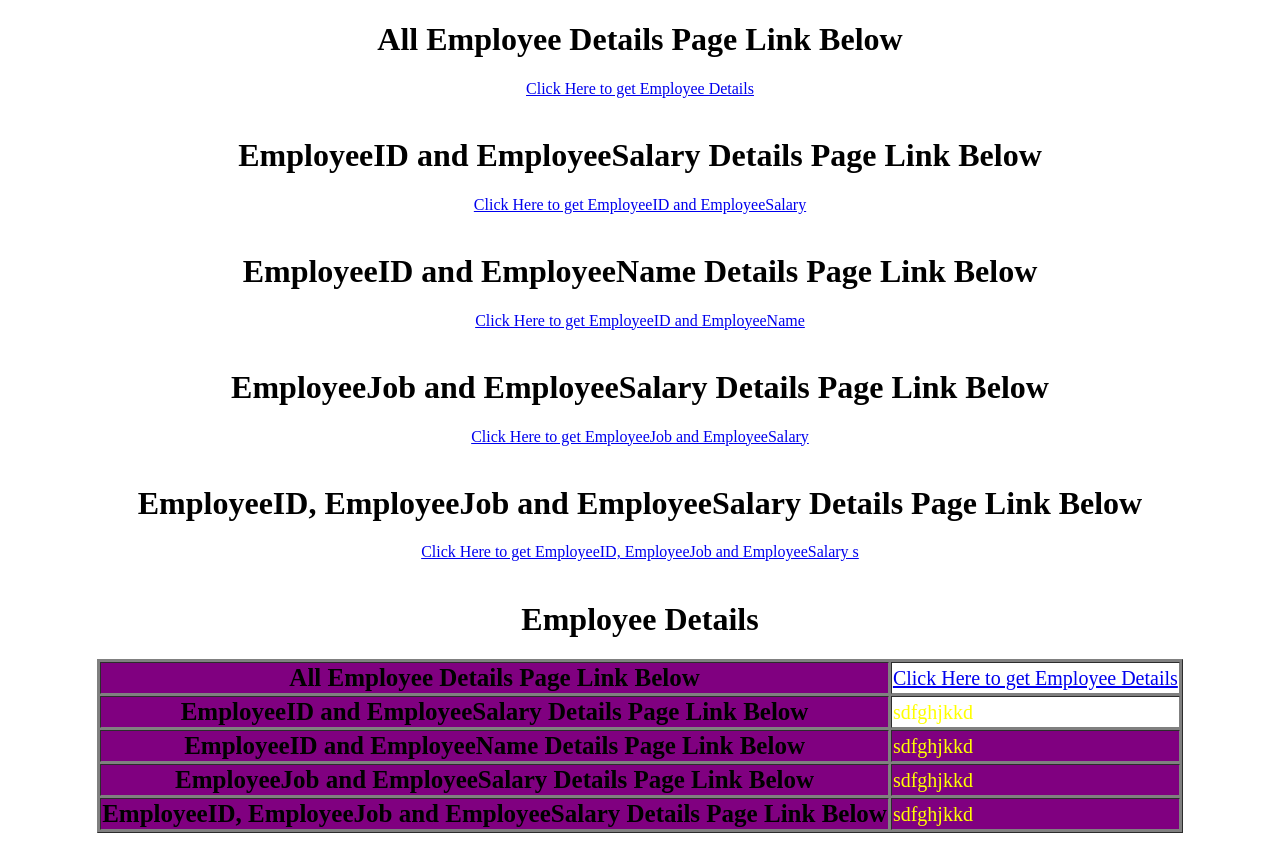
Repository: RhutujaBD/SpringMVCSession
Page: http://localhost/Spring-MVC-JDBCTemplate/WEB-INF/pages/home.jsp
The author's editor kept a copy of each file at every save. The page is drawn from the files as they stood at one save, then again after the next save.
The browser window is 1280 px wide. The pictures show the whole page.
The page is served by Tomcat 9. Nobody is signed in. Other server files are loaded and not shown. The template is opened directly, without the code that normally fills it, so the values that code supplies are empty.

Above is the page before, as saved 2023-03-29 11:02:16.

### Spring-MVC-JDBCTemplate/src/main/webapp/WEB-INF/pages/home.jsp
<%@ page language="java" contentType="text/html; charset=ISO-8859-1"
	pageEncoding="ISO-8859-1"%>
<!DOCTYPE html>
<html>
<head>
<meta charset="ISO-8859-1">
<title>Insert title here</title>
</head>
<title>Employee Details</title>
<style>
      td{
        font-size: 20px;
        color: YELLOW;
        font-family: Times New Roman;
      }

      th{
        font-size: 25px;
        color: Black;
        font-family: ALGERIAN;
      }

    </style>
</head>
<body>
	<h1 align="center">All Employee Details Page Link Below</h1>
	<div align="center"><a href="list_employees.htm">Click Here to get Employee Details</a></div>
	<br />
	<h1 align="center">EmployeeID and EmployeeSalary Details Page Link Below</h1>
	<div align="center"><a href="list_id_sal.htm">Click Here to get EmployeeID and EmployeeSalary</a></div>
	<br />
	<h1 align="center">EmployeeID and  EmployeeName Details Page Link Below</h1>
	<div align="center"><a href="list_id_name.htm">Click Here to get EmployeeID and  EmployeeName</a></div>
	<br />
	<h1 align="center">EmployeeJob and EmployeeSalary Details Page Link Below</h1>
	<div align="center"><a href="list_job_sal.htm">Click Here to get EmployeeJob and EmployeeSalary</a></div>
	<br />
	<h1 align="center">EmployeeID, EmployeeJob and EmployeeSalary Details Page Link Below</h1>
	<div align="center"><a href="list_id_job_sal.htm">Click Here to get EmployeeID, EmployeeJob and EmployeeSalary s</a></div>
	<br />

	<h1 align="center">Employee Details</h1>
	<table border="1" bgcolor="grey" align="center">

		<tr bgcolor="purple" bordercolor="black">
			<th>All Employee Details Page Link Below</th>
			<td bgcolor="white"><a href="list_employees.htm">Click Here to get Employee Details</a></td>
		</tr>
		<tr bgcolor="purple" bordercolor="black">
			<th>EmployeeID and EmployeeSalary Details Page Link Below</th>
			<td bgcolor="white">sdfghjkkd</td>
		</tr>
		<tr bgcolor="purple" bordercolor="black">
			<th>EmployeeID and  EmployeeName Details Page Link Below</th>
			<td>sdfghjkkd</td>
		</tr>
		<tr bgcolor="purple" bordercolor="black">
			<th>EmployeeJob and EmployeeSalary Details Page Link Below</th>
			<td>sdfghjkkd</td>
		</tr>
		<tr bgcolor="purple" bordercolor="black">
			<th>EmployeeID, EmployeeJob and EmployeeSalary Details Page Link Below</th>
			<td>sdfghjkkd</td>
		</tr>
	</table>

</body>
</html>

After the next save:
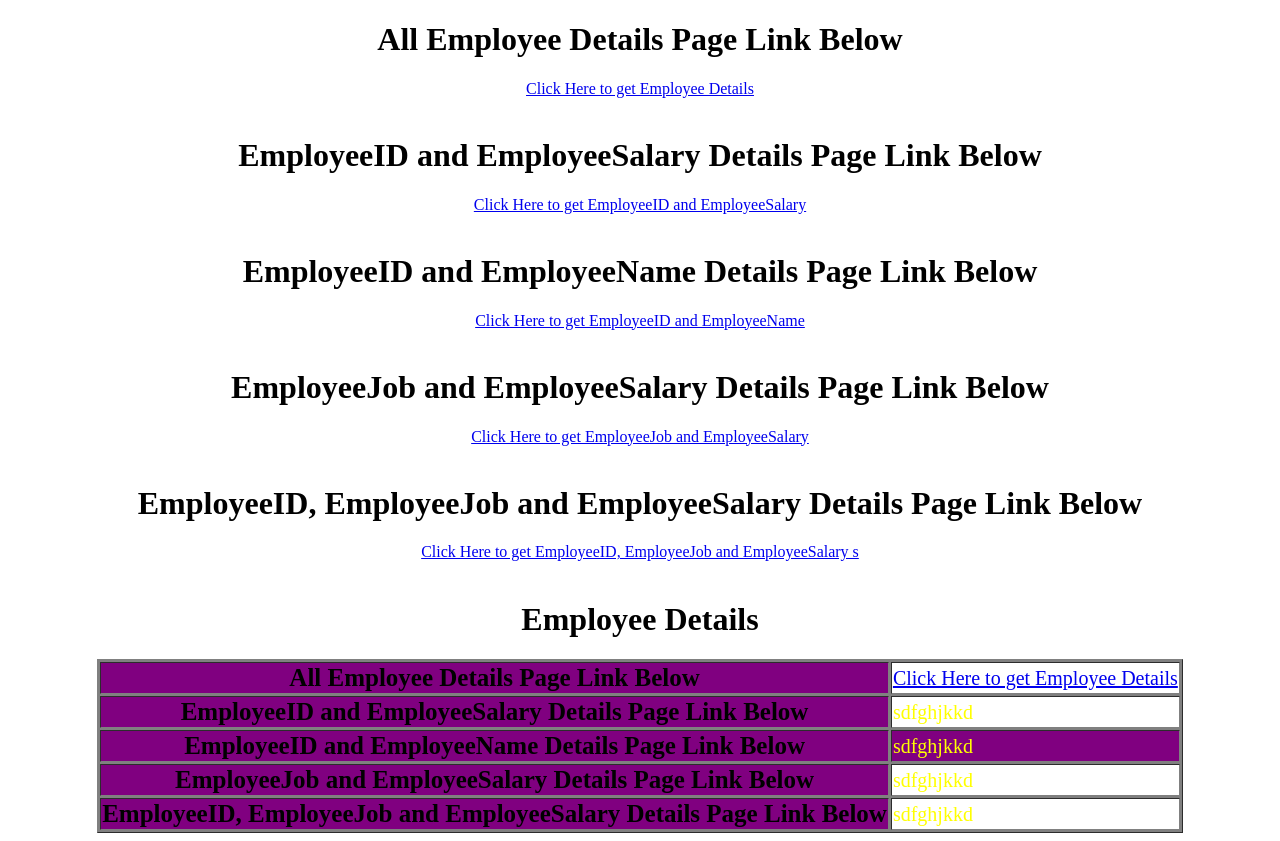
Saved 5 s later.
--- a/Spring-MVC-JDBCTemplate/src/main/webapp/WEB-INF/pages/home.jsp
+++ b/Spring-MVC-JDBCTemplate/src/main/webapp/WEB-INF/pages/home.jsp
@@ -56,11 +56,11 @@
 		</tr>
 		<tr bgcolor="purple" bordercolor="black">
 			<th>EmployeeJob and EmployeeSalary Details Page Link Below</th>
-			<td>sdfghjkkd</td>
+			<td bgcolor="white">sdfghjkkd</td>
 		</tr>
 		<tr bgcolor="purple" bordercolor="black">
 			<th>EmployeeID, EmployeeJob and EmployeeSalary Details Page Link Below</th>
-			<td>sdfghjkkd</td>
+			<td bgcolor="white">sdfghjkkd</td>
 		</tr>
 	</table>
 
